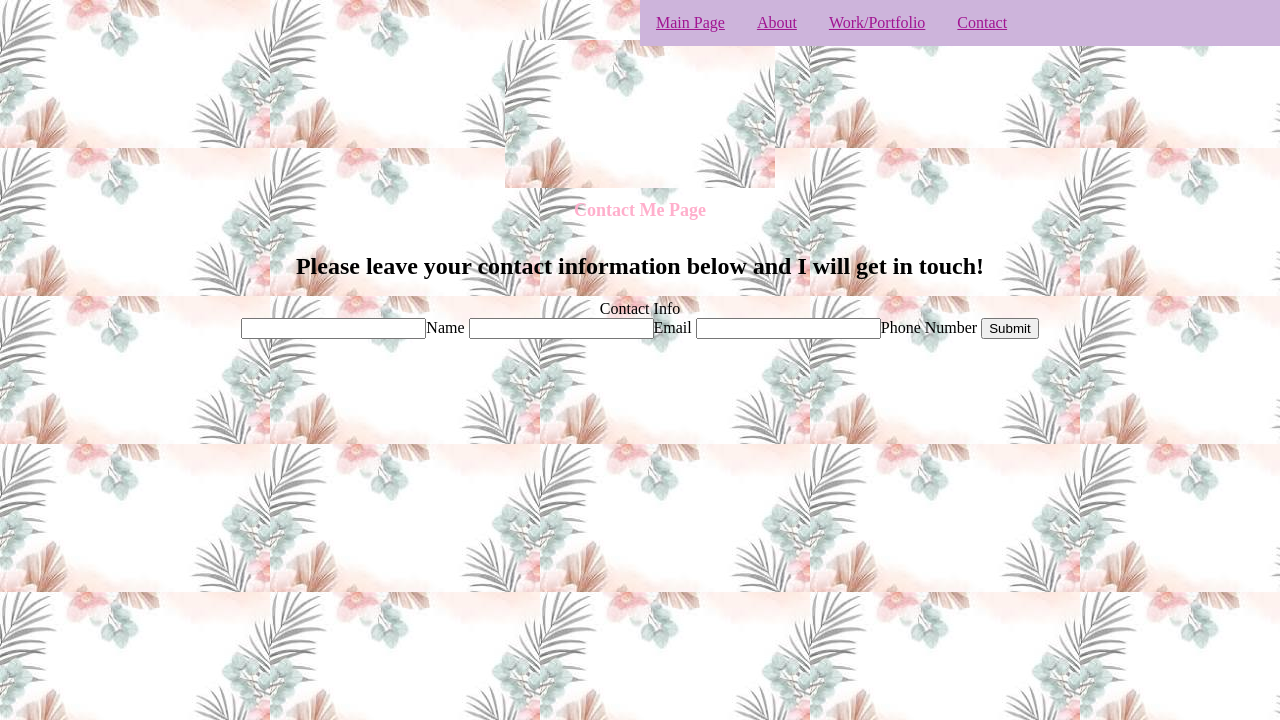
Repository: MelindaN14/My-Personal-Website
Page: contact.html
An editor plug-in stored every save of this project. The page is shown before and after a run of saves, followed by the edit.
The browser window is 1280 px wide. The pictures show the whole page.

Above is the page before, as saved 2024-03-25 22:33:19.

### contact.html
<!DOCTYPE html>
<html lang="en">
  <head>
    <meta charset="UTF-8" />
    <meta name="viewport" content="width=device-width, initial-scale=1.0" />
    <img src="contact backgound.jpeg" href="contact backgound.jpeg">
    <link rel="stylesheet" a href="style.css">
    <title>Contact</title>
    <!-- contact form needs a submit button along with email and phone  -->
  </head>
  <body>
    <style>
      body{
        background-image: url("contact\ backgound.jpeg");
        background-size:auto;
      }
    </style>
     <nav>
    <div class="navbar">
      <a href="index.html">Main Page</a>
      <a href="about.html">About</a>
      <a href="portfolio.html">Work/Portfolio</a>
      <a href="contact.html">Contact</a>
    </div>
    </nav>
    <h1>Contact Me Page</h1>
    <h2>Please leave your contact information below and I will get in touch!</h2>
    <label for="Form">Contact Info</label>
    <form action="" name="form">
      <input type="text" name="" id="">Name</input>
      <input type="text" name="" id="">Email</input>
      <input type="text" name="" id="">Phone Number</input>
      <input type="submit" name="https://google.com" id=""></input>
    </form>
  </body>
  <footer>
  </footer>
</html>

### style.css
/* Nav Bar */
.navbar {
  overflow: hidden;
  background-color: #cdb4db;
  position: fixed;
  top: 0;
  width: 100%;
}
/* Links */
.navbar a {
  float: left;
  display: block;
  color: #a11491;
  text-align: center;
  padding: 14px 16px;
}
/* Hover */
.navbar a:hover {
  background: #a2d2ff;
  color: black;
}
/* Main Content?? */
.main {
  margin-top: 30px; /* Add a top margin to avoid content overlay? */
}
.header {
  color: #7fb6ea;
  text-align: center;
}

h1 {
  color: #ffafcc;
  font-size: large;
  text-align: center;
}
h2{
    color:
}
p {
  color: #cdb4db;
}

nav {
  color: #bde0fe;
}
body {
  background-image:url('floral.jpeg');
  padding: 2rem;
  display: flex;
  flex-direction: column;
  align-items: center;
  justify-content: center;
}

After the next 2 saves:
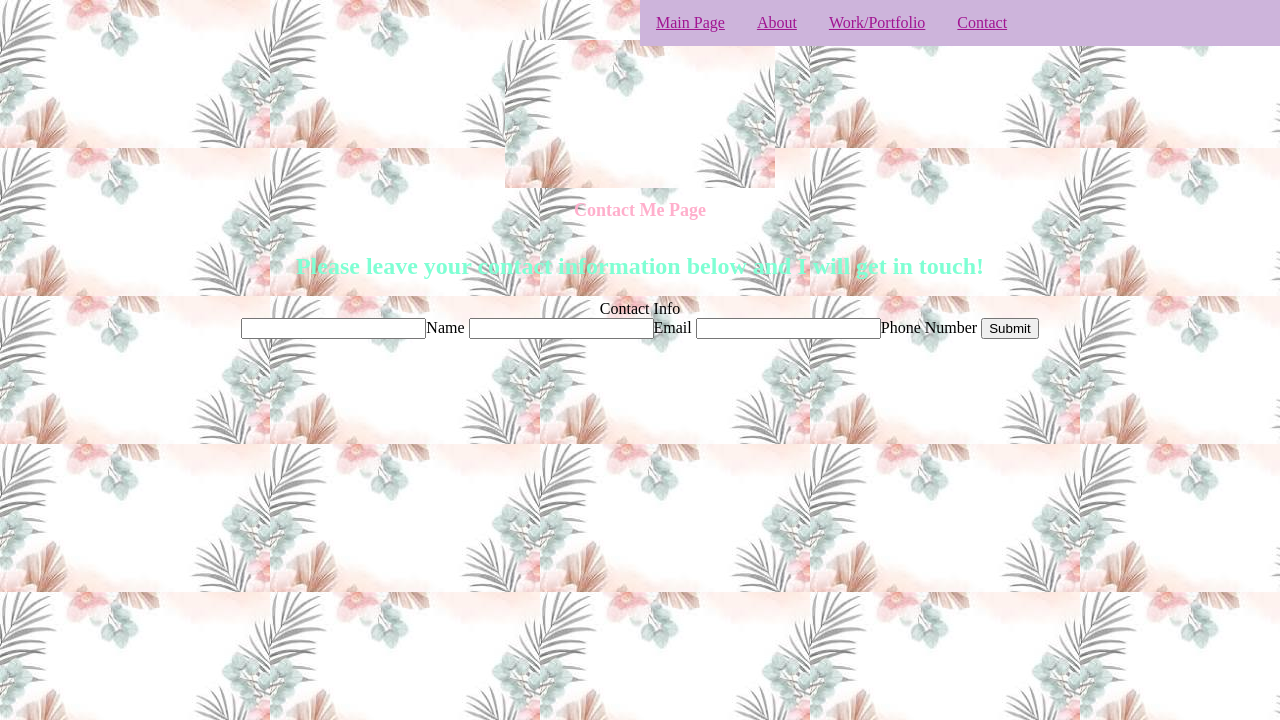
The 2 saves are shown as one change because they came seconds apart.
The last was saved 12 s later.
--- a/style.css
+++ b/style.css
@@ -34,7 +34,7 @@ h1 {
   text-align: center;
 }
 h2{
-    color:
+    color:aquamarine;
 }
 p {
   color: #cdb4db;
